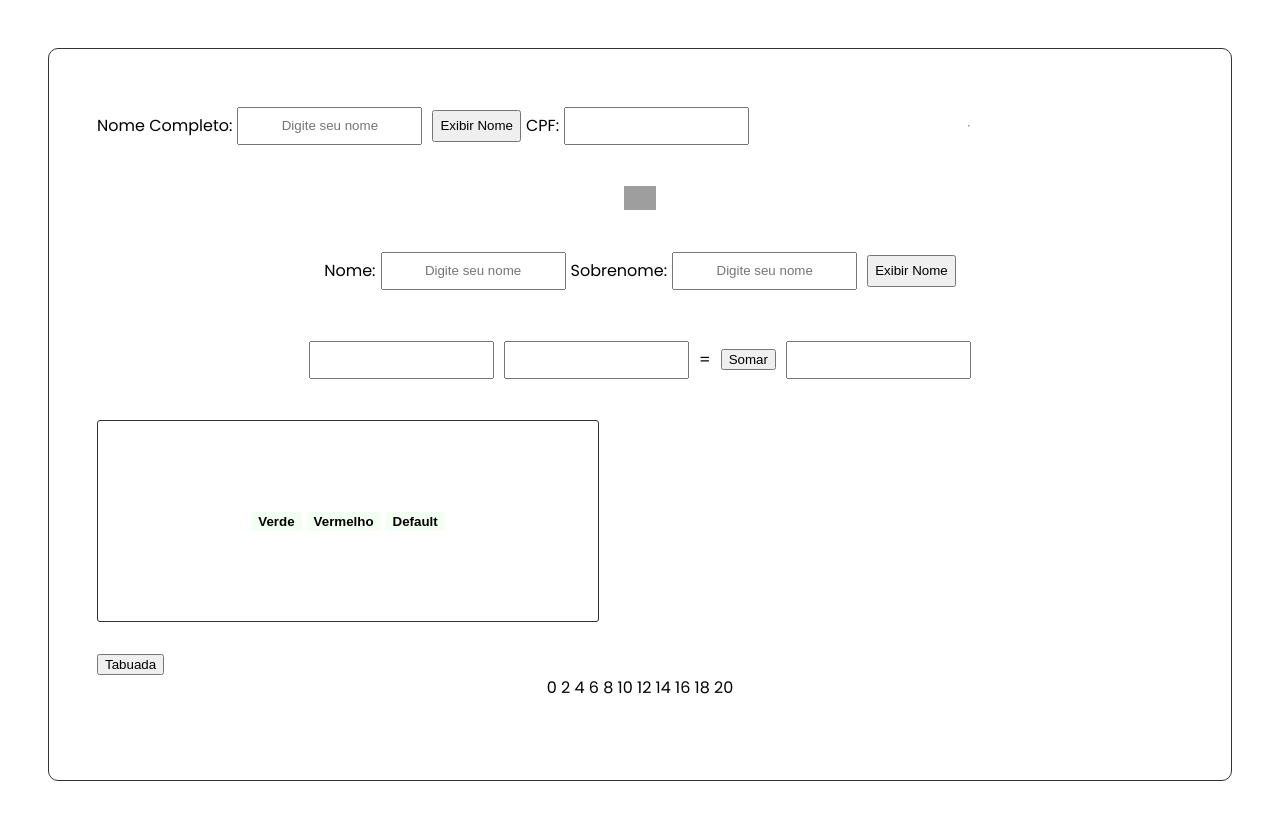
Repository: guilhermecardoso93/exerciciosjs
Page: index.html
These files come from the project's save history. The page is drawn as it stood at one moment and after the next save; the edit follows.
The browser window is 1280 px wide. The pictures show the whole page.
Pictures or frames that could not be fetched are drawn as grey boxes.

Above is the page before, as saved 2023-05-21 16:50:55.

After the next save:
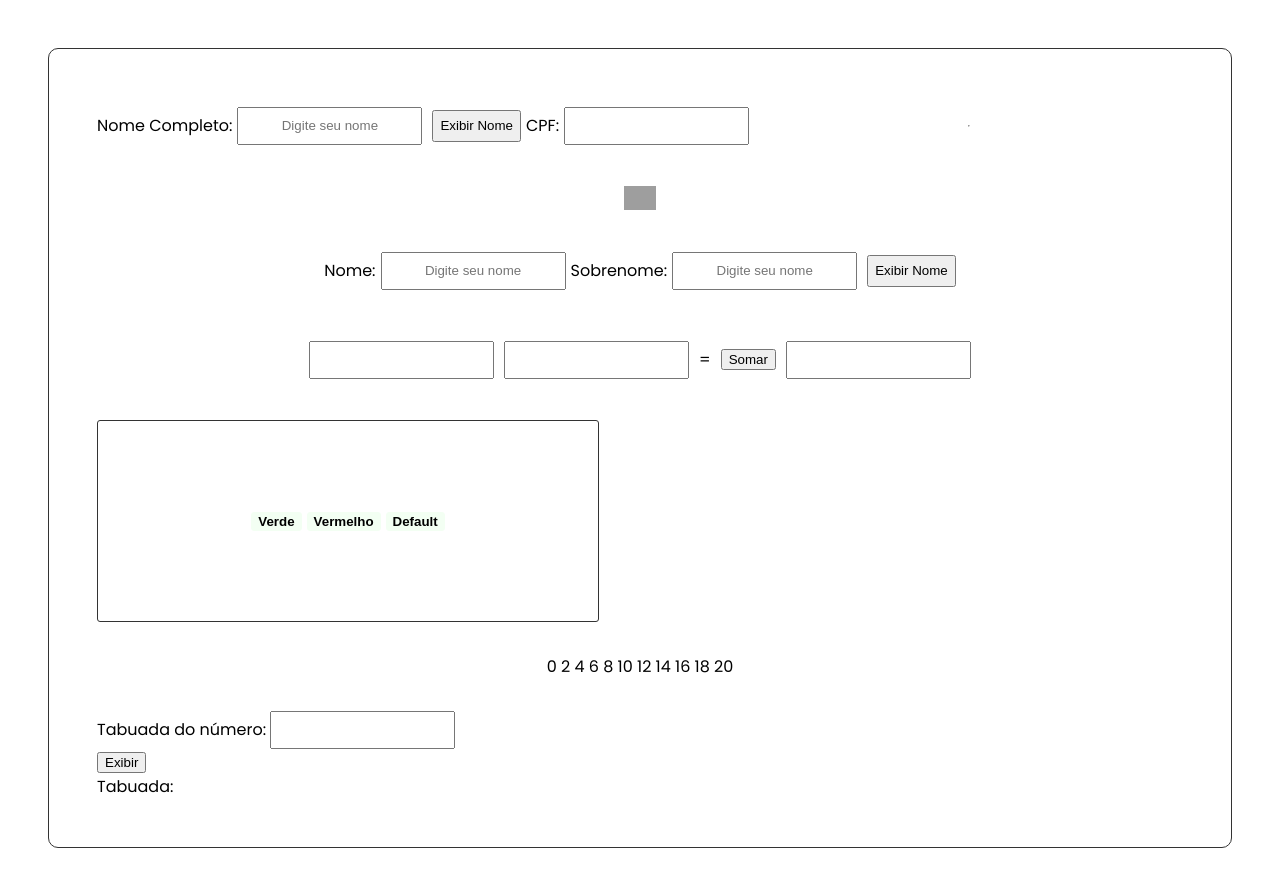
Saved 24 s later.
--- a/index.html
+++ b/index.html
@@ -59,11 +59,13 @@
       <button id="redButton">Vermelho</button>
       <button id="defaultButton">Default</button>
     </div>
-    <button id="tabuadaDiv">
-      Tabuada
-    </button>
+
     <div id="resultado">
     </div>
+    Tabuada do número: <input id="num" type="number"> <br />
+    <button onclick="tabuada()">Exibir</button><br />
+    Tabuada: <br />
+    <div id='resposta' style='display:inline'></div>
 
   </body>
   <script src="./script.js"></script>
